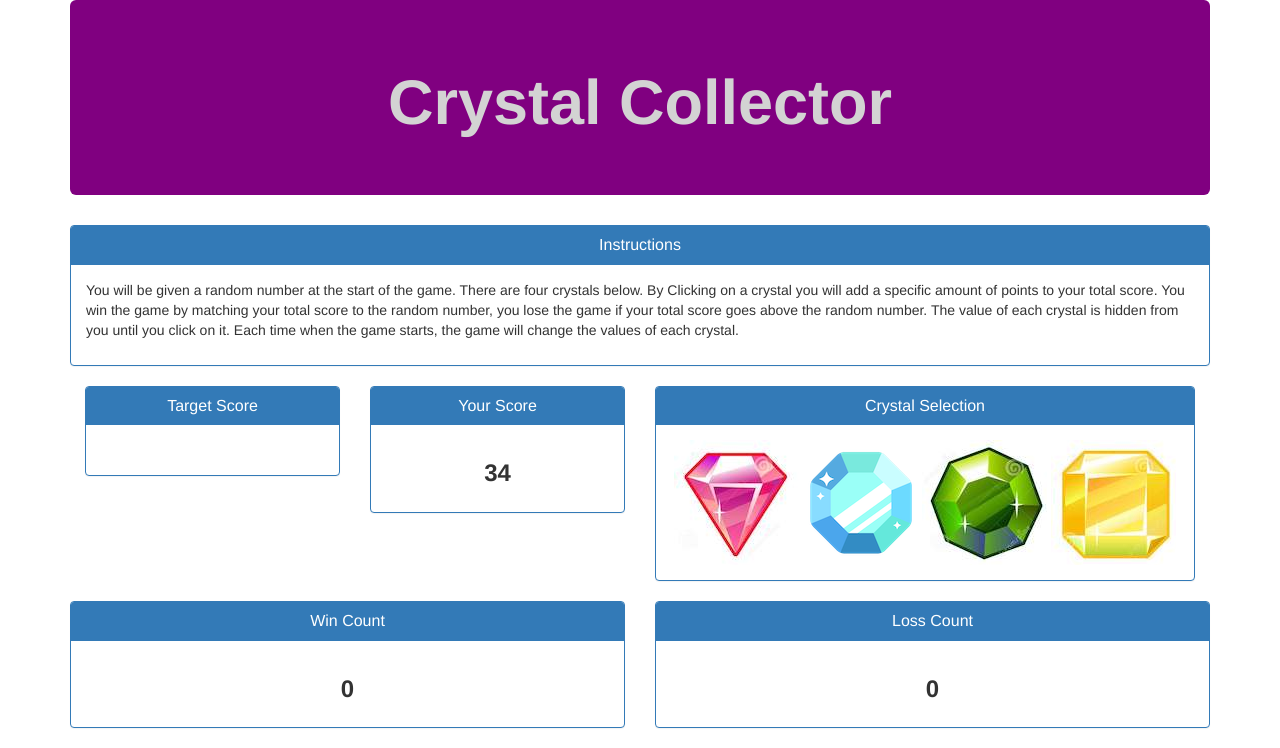
Repository: mikecherry1/week-4-game
Page: index.html
An editor plug-in stored every save of this project. The page is shown before and after the next save, followed by the edit.
The browser window is 1280 px wide. The pictures show the whole page.
Some web libraries are served in a nearby version.

Above is the page before, as saved 2017-11-21 19:38:10.

After the next save:
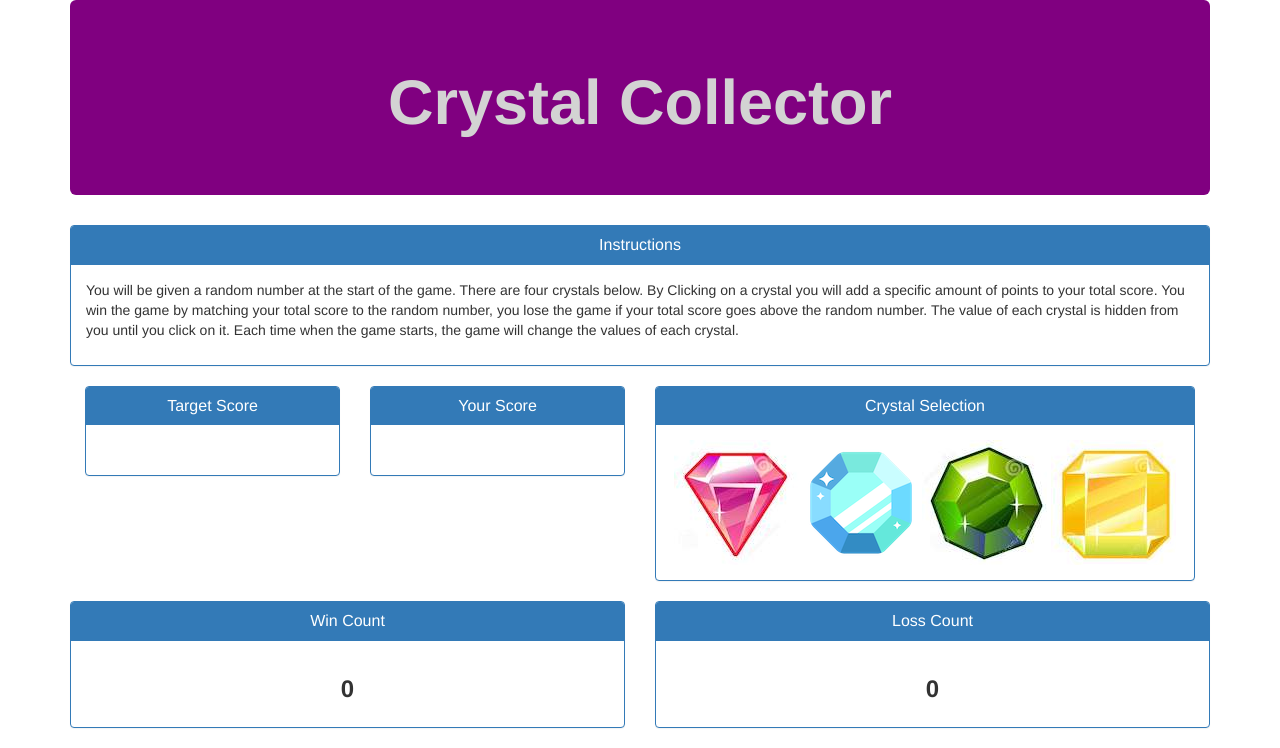
Saved 2 min 21 s later.
--- a/index.html
+++ b/index.html
@@ -51,12 +51,10 @@
 
             <div class="panel panel-primary">
                 <div class="panel-heading">
-                    <h3 class="panel-title text-center" id= "yourScore">Your Score</h3>
+                    <h3 class="panel-title text-center">Your Score</h3>
                 </div>
                 <div class="panel-body">
-                    <h3 class="text-center">
-                        <strong>34</strong>
-                    </h3>
+                    <h3 class="text-center"  id= "yourScore"></h3>
                 </div>
             </div>
         </div>
